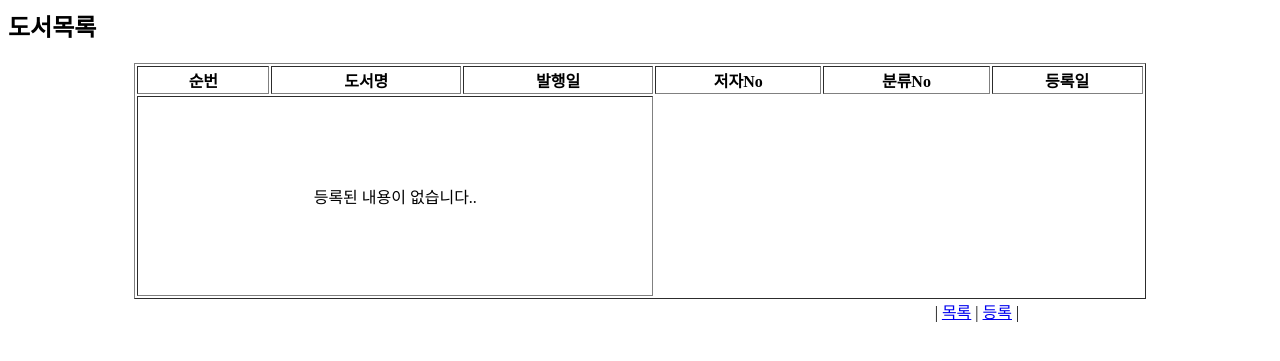
Repository: Mildous/HKIT-BackendClass
Page: http://localhost/jspTest/BookInfo/list_sub.jsp
The author's editor kept a copy of each file at every save. The page is drawn from the files as they stood at one save, then again after the next save.
The browser window is 1280 px wide. The pictures show the whole page.
The page is served by Tomcat 9. Queries for data that is not in the repository find no rows.

Above is the page before, as saved 2022-08-16 07:06:44.

After the next save:
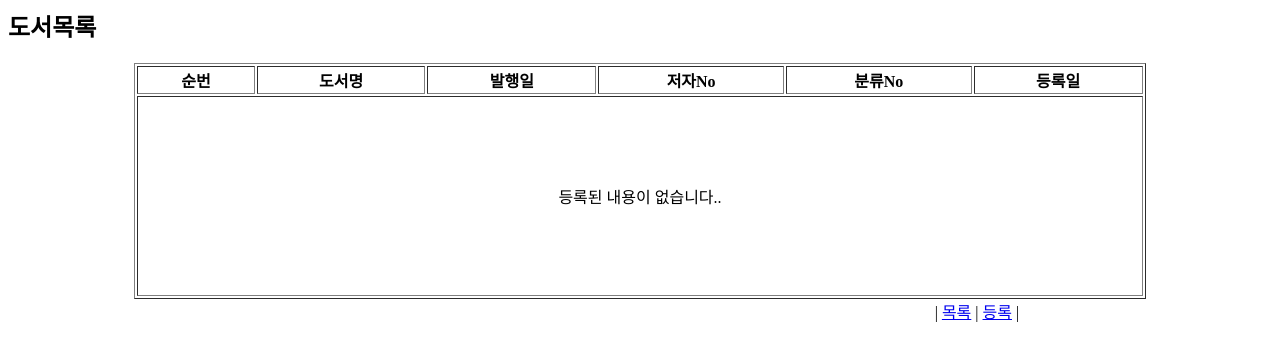
Saved 32 s later.
--- a/workspace/jsp/jspTest/WebContent/BookInfo/list_sub.jsp
+++ b/workspace/jsp/jspTest/WebContent/BookInfo/list_sub.jsp
@@ -24,7 +24,7 @@
 	</tr>
 	<% if(totalRecord == 0) { %>
 	<tr>
-		<td colspan="3" height="200px" align="center">등록된 내용이 없습니다..</td>
+		<td colspan="6" height="200px" align="center">등록된 내용이 없습니다..</td>
 	</tr>
 	<% } %>
 	<%
